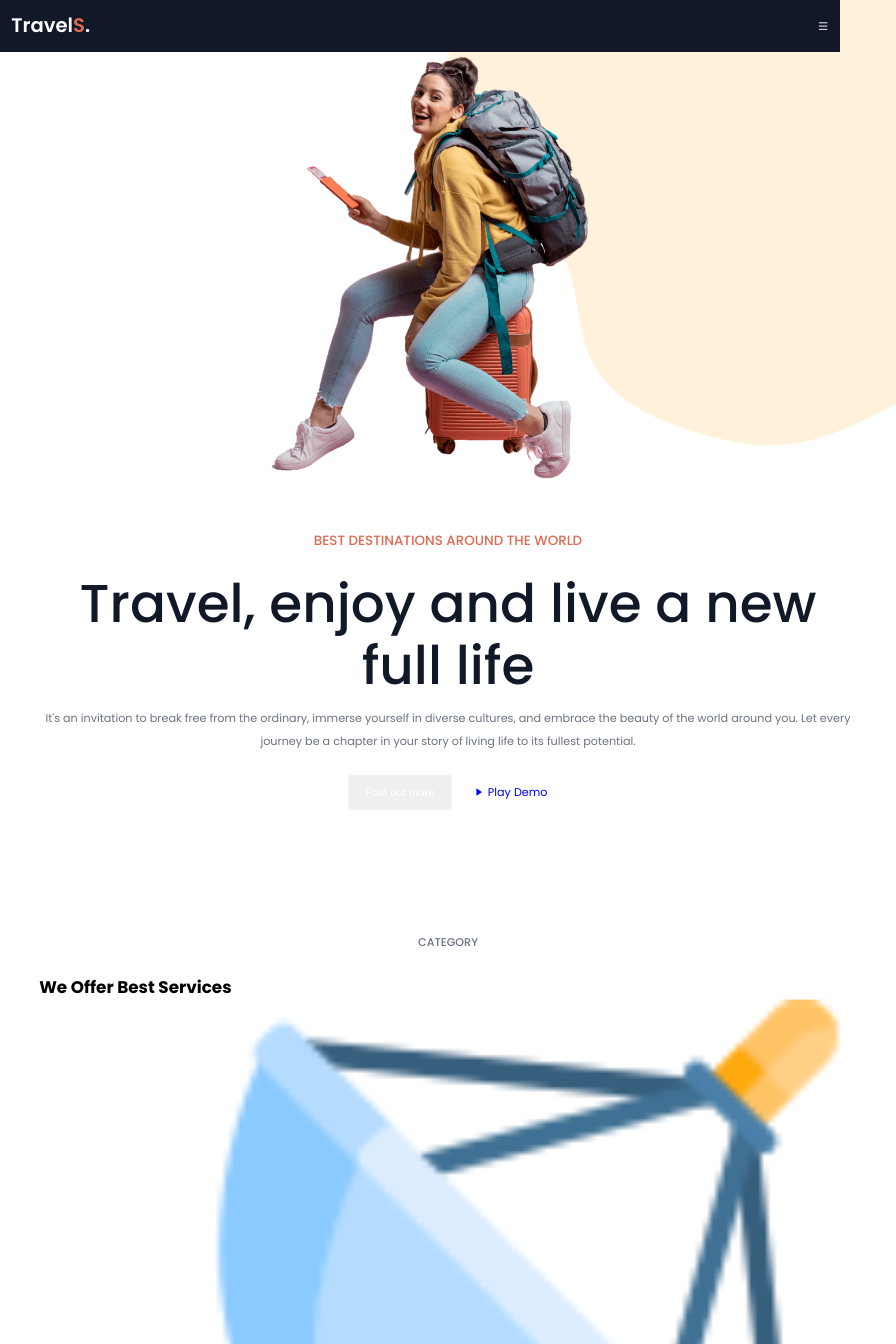
Repository: ntandomagana/travel-website
Page: index.html
An editor plug-in stored every save of this project. The page is shown before and after a run of saves, followed by the edit.
The browser window is 1280 px wide. The pictures show the part of the page from y = 0 to 1920 px (the page is 11279 px tall), at 70% of full size.

Above is the page before, as saved 2024-05-07 09:38:11.

### index.html
<!DOCTYPE html>
<html lang="en">
  <head>
    <meta charset="UTF-8" />
    <meta name="viewport" content="width=device-width, initial-scale=1.0" />
    <link
      href="https://cdn.jsdelivr.net/npm/remixicon@4.2.0/fonts/remixicon.css"
      rel="stylesheet"
    />
    <link
      rel="stylesheet"
      href="https://cdn.jsdelivr.net/npm/swiper@11/swiper-bundle.min.css"
    />
    <link rel="stylesheet" href="style.css" />
    <title>Travel Website</title>
  </head>
  <body>
    <nav>
      <div class="nav-header">
        <div class="logo">
          <a href="#" class="logo">Travel<span>S</span>.</a>
        </div>
        <div class="nav-menu-btn" id="menu-btn">
          <i class="ri-menu-line"></i>
        </div>
      </div>

      <ul class="nav-links" id="nav-links">
        <li><a href="#home">Home</a></li>
        <li><a href="#service">Services</a></li>
        <li><a href="#destination">Destinations</a></li>
        <li><a href="#trips">Trips</a></li>
        <li><a href="#client">Clients</a></li>
      </ul>
    </nav>

    <header class="section-container header-container" id="home">
      <div class="header-image">
        <img src="assets/header.png" alt="header" />
      </div>
      <div class="header-content">
        <h3 class="section-subheader">BEST DESTINATIONS AROUND THE WORLD</h3>
        <h1>Travel, enjoy and live a new full life</h1>
        <p>
          It's an invitation to break free from the ordinary, immerse yourself
          in diverse cultures, and embrace the beauty of the world around you.
          Let every journey be a chapter in your story of living life to its
          fullest potential.
        </p>
        <div class="header-btns">
          <button class="btn">Find out more</button>
          <a href="#">
            <span><i class="ri-play-fill"></i></span>
            Play Demo
          </a>
        </div>
      </div>
    </header>

    <section class="section-container service-container" id="service">
      <h3 class="section-subheader">CATEGORY</h3>
      <h2 class="section-header">We Offer Best Services</h2>
      <div class="service-grid">
        <div class="service-card">
          <img src="assets/weather.png" alt="service" />
          <h4>Calculated Weather</h4>
          <p>
            Stay ahead of your travels with precise weather forecasts tailored
            to your destination's conditions.
          </p>
        </div>
        <div class="service-card">
          <img src="assets/customisation.png" alt="service" />
          <h4>Customizations</h4>
          <p>
            Tailor your journey with personalized customizations, ensuring every
            detail reflects your unique travel style.
          </p>
        </div>
      </div>
    </section>

    <section class="section-container destination-container" id="destination">
      <h3 class="section-subheader">TOP SELLING</h3>
      <h2 class="section-header">Top Destinations</h2>
      <div class="destination-grid">
        <div class="destination-card">
          <img src="assets/destination-1.jpg" alt="destination" />
          <div class="destination-details">
            <div>
              <h4>Rome, Italy</h4>
              <h4>$5.42k</h4>
            </div>
            <p>
              <span><i class="ri-navigation-fill"></i></span>
              10 days trip
            </p>
          </div>
        </div>
        <div class="destination-card">
          <img src="assets/destination-3.jpg" alt="destination" />
          <div class="destination-details">
            <div>
              <h4>Full Europe</h4>
              <h4>$15k</h4>
            </div>
            <p>
              <span><i class="ri-navigation-fill"></i></span>
              28 Days Trip
            </p>
          </div>
        </div>
      </div>
    </section>

    <section class="section-container trip-container" id="trip">
      <div class="trip-image">
        <img src="assets/trip.png" />
      </div>
      <div class="trip-content">
        <h3 class="section-subheader">EASY & FAST</h3>
        <h2 class="section-header">Book Your Next Trip in 3 Easy Steps</h2>
        <ul class="trip-list">
          <li>
            <span><i class="ri-signpost-line"></i></span>
            <div>
              <h4>Choose Destination</h4>
              <p>
                Choose your dream destination from our curated selection of
                exotic locales, bustling cities, and serene getaways.
              </p>
            </div>
          </li>

          <li>
            <span><i class="ri-secure-payment-line"></i></span>
            <div>
              <h4>Reach Airport on Selected Date</h4>
              <p>
                Prepare for takeoff as you finalize your travel plans, arriving
                at the airport on your selected date ready to embark on your
                next unforgettable journey.
              </p>
            </div>
          </li>
        </ul>
      </div>
    </section>

    <section class="section-container clinet-container" id="client">
      <div class="client-content">
        <h3 class="section-subheader">TESTIMONIALS</h3>
        <h2 class="section-header">What People Say About Us</h2>
      </div>
      <div class="client-swiper">
        <!--Slider main container-->
        <div class="swiper">
          <!--Additional required wrapper-->
          <div class="swiper-wrapper">
            <!--Slides-->
            <div class="swiper-slide">
              <div class="client-card">
                <img src="assets/client-1.jpg" alt="client" />
                <div class="client-card-content">
                  <p>
                    Booking my trips through this platform has been a
                    game-changer! From the intuitive interface to the seamless
                    booking process, I've never felt more excited to explore new
                    destinations.
                  </p>
                  <h4>Emily Watson</h4>
                  <h5>Travel Enthusiast</h5>
                </div>
              </div>
            </div>
            <div class="swiper-slide">
              <div class="client-card">
                <img src="assets/client-2.jpg" alt="client" />
                <div class="client-card-content">
                  <p>
                    As a busy professional, time is of the essence. This website
                    made planning my vacation a breeze, allowing me to focus on
                    what matters most: making memories with my family.
                  </p>
                  <h4>David Nguyen</h4>
                  <h5>Business Executive</h5>
                </div>
              </div>
            </div>

            <div class="swiper-slide">
              <div class="client-card">
                <img src="assets/client-3.jpg" alt="client" />
                <div class="client-card-content">
                  <p>
                    I've been using this service for years, and it never
                    disappoints. The convenience of booking my flights,
                    accommodations, and activities all in one place saves me
                    time and stress every trip.
                  </p>
                  <h4>Michael Johnson</h4>
                  <h5>Frequent Flyer</h5>
                </div>
              </div>
            </div>
          </div>
        </div>
      </div>
    </section>

    <footer class="footer">
      <div class="section-container footer-container">
        <div class="footer-col">
          <div class="footer-logo">
            <a href="#" class="logo">Travel<span>S</span>.</a>
          </div>
          <p>
            Our platform is your passport to seamless adventures, offering a
            curated selection of destinations and a user-friendly booking
            experience.
          </p>
        </div>
        <div class="footer-col">
            <h4>Company</h4>
            <ul class="footer-links">
                <li><a href="#">About</a></li>
                <li><a href="#">Careers</a></li>
                <li><a href="#">Mobile</a></li>
            </ul>
        </div>
        <div class="footer-col">
          <h4>Contact</h4>
          <ul class="footer-links">
            <li><a href="#">Help/FAQ</a></li>
            <li><a href="#">Press</a></li>
            <li><a href="#">Affiliates</a></li>
          </ul>
        </div>
        <div class="footer-col">
          <ul class="footer-socials">
            <li>
              <a href="#"><i class="ri-facebook-fill"></i></a>
            </li>
            <li>
              <a href="#"><i class="ri-instagram-line"></i></a>
            </li>
            <li>
              <a href="#"><i class="ri-twitter-fill"></i></a>
            </li>
          </ul>
          <h5>Discover our app</h5>
          <div class="footer-discover">
            <a href="#"><img src="assets/google-play.jpg" alt="discover" /></a>
            <a href="#"><img src="assets/app-store.jpg" alt="discover" /></a>
          </div>
        </div>
      </div>
      <div class="footer-bar">
        Copyright © 2024 TravelS. All rights reserved.
      </div>
    </footer>

    <script src="https://unpkg.com/scrollreveal"></script>
    <script src="https://cdn.jsdelivr.net/npm/swiper@11/swiper-bundle.min.js"></script>
    <script src="main.js"></script>

      </div>

    </footer>
  </body>
</html>

### style.css
@import url("https://fonts.googleapis.com/css2?family=Poppins:ital,wght@0,100;0,200;0,300;0,400;0,500;0,600;0,700;0,800;0,900;1,100;1,200;1,300;1,400;1,500;1,600;1,700;1,800;1,900&display=swap");

:root {
  --primary-color: #e06951;
  --text-dark: #111827;
  --text-light: #6b7280;
  --white: #ffffff;
  --max-width: 1200px;
}

* {
  padding: 0;
  margin: 0;
  box-sizing: border-box;
}

html,
body {
    scroll-behavior: smooth;
}

body {
    font-family: "Poppins", sans-serif;
    background-image: url(assets/header-bg.png);
    background-size: contain;
    background-position: top center;
    background-repeat: no-repeat;
}

nav {
    position: fixed;
    isolation: isolate;
    width: 100%;
    max-width: var(--max-width);
    margin-inline: auto;
    z-index: 9;
}

.nav-header {
    padding: 1rem;
    width: 100%;
    display: flex;
    align-items: center;
    justify-content: space-between;
    background-color: var(--text-dark);
}

.nav-header .logo  {
    color: var(--white);
}

.nav-menu-btn {
    font-size: 1rem;
    color: var(--white);
    cursor: pointer;
}

.nav-links {
    position: absolute;
    top: 65px;
    left: 0;
    width: 100%;
    list-style: none;
    display: flex;
    align-items: center;
    justify-content: center;
    flex-direction: column;
    gap: 2rem;
    padding: 2rem;
    background-color: var(--text-dark);
    transition: 0.5s;
    z-index: -1;
    transform: translateY(-100%);
}

.nav-links.open {
    transform: translateY(0);
}

.nav-links a {
    font-weight: 500;
    white-space: nowrap;
    color: var(--white);
}

.nav-links a:hover {
    color: var(--primary-color);
}


.section-container {
  max-width: var(--max-width);
  margin: auto;
  padding: 5rem 1rem;
}

.section-subheader {
  margin-bottom: 1rem;
  font-size: 1rem;
  font-weight: 500;
  line-height: 3.75rem;
  color: var(--text-light);
  text-align: center;
}

.logo {
  font-size: 1.75rem;
  font-weight: 600;
  color: var(--text-dark);
}

.logo span {
  color: var(--primary-color);
}

img {
  display: flex;
  width: 100%;
}

a {
    text-decoration: none;
    transition: 0.4s;
}

ul {
    list-style: none;
}

.header-container {
    display: grid;
    gap: 2rem;
    overflow: hidden;
}

.header-image img {
    max-width: 550px;
    margin-inline: auto;
}

.header-content .section-subheader {
    font-size: 1.2rem;
    color: var(--primary-color);
}

.header-content h1 {
    margin-bottom: 1rem;
    font-size: 4.75rem;
    font-weight: 500;
    line-height: 5.5rem;
    color: var(--text-dark);
    text-align: center;
}

.header-content p {
    margin-bottom: 2rem;
    line-height: 2rem;
    color: var(--text-light);
    text-align: center;
}

.header-btns {
    display: flex;
    align-items: center;
    justify-content: center;
    gap: 2rem;
}

.header-btns .btn {
    padding: 1rem 1.5rem;
    outline: none;
    border: none;
    font-size: 1rem;
    color: var(--white);
    background-color:
}

Loaded but not shown: main.js (no copy from this time; the picture is the same without it)

After the next 4 saves:
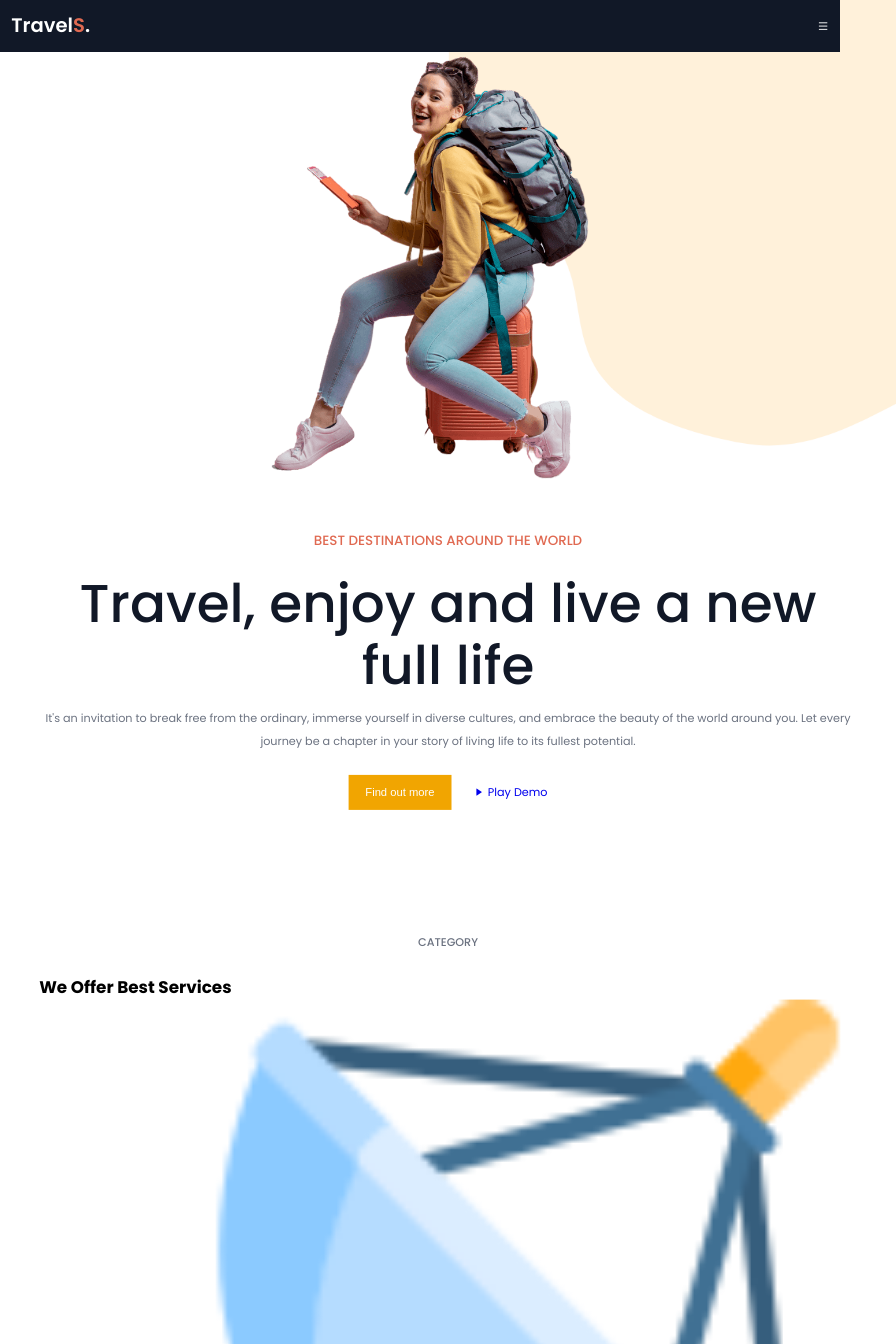
The 4 saves are shown as one change because they came seconds apart.
The last was saved 11 s later.
--- a/style.css
+++ b/style.css
@@ -172,5 +172,5 @@ ul {
     border: none;
     font-size: 1rem;
     color: var(--white);
-    background-color:
+    background-color: #f1a501;
 }
